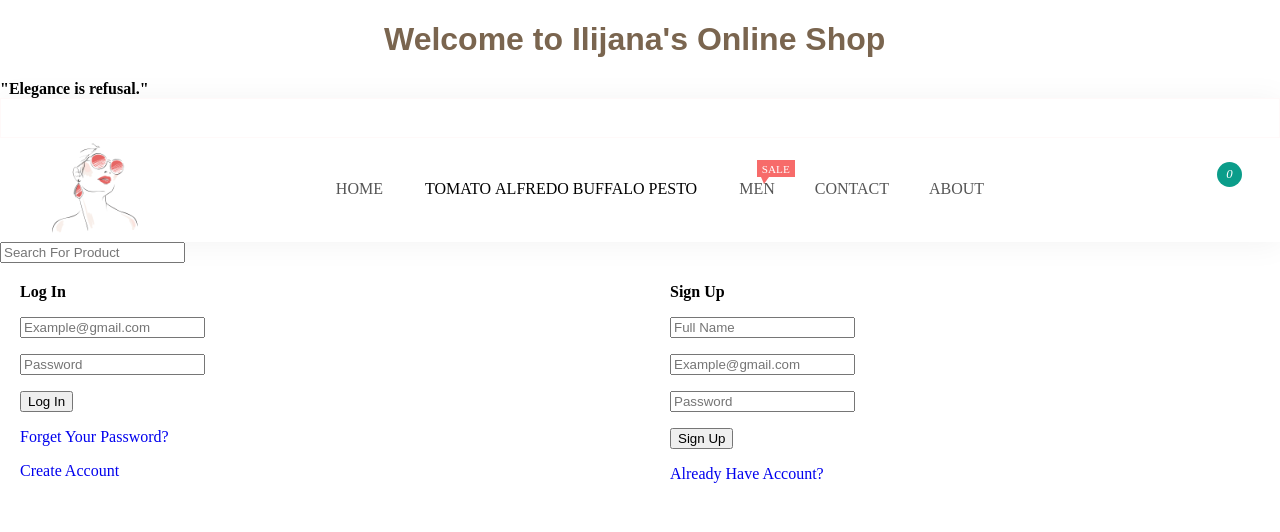
Repository: ilijana123/Proekt1
Page: html.html
These files come from the project's save history. The page is drawn as it stood at one moment and after the next save; the edit follows.
The browser window is 1280 px wide. The pictures show the part of the page from y = 0 to 532 px (the page is 4347 px tall).
Pictures or frames that could not be fetched are drawn as grey boxes. A picture or video elsewhere on the page could not be fetched, so the positions and the page height are approximate. The page's requests for data from a server got no answer.

Above is the page before, as saved 2023-11-13 15:11:28.
Console error: TypeError: Cannot read properties of null (reading 'appendChild')

### html.html
<!DOCTYPE html>
<html>
    <head>

    <meta charset="utf-8">
    <title>Online shop</title>
    <link rel="stylesheet" type="text/css" href="1.css">
    <script src="script.js"></script>

    </head>

    <body>
    <header>
       <h1>Welcome to Ilijana's Online Shop</h1>
       <blackguote>
       <Strong> "Elegance is refusal." </Strong>
    </blackguote>
    </header>

    <nav>
 <div class="social-call">
     <div class="social">
         <a href="#"><i class="fab fa-facebook-f"></i></a>
         <a href="#"><i class="fab fa-twitter"></i></a>
         <a href="#"><i class="fab fa-youtube"></i></a>
         <a href="#"><i class="fab fa-instagram"></i></a>
     </div>
 </div>
 <div class="navigation">
     <a href="#" class="logo"><img src="logo.png"></a>
     <div class="toggle"></div>
     <ul class="menu">
         <li><a href="#">Home</a></li>
         <li  select name="Shop">
                <option selected>Tomato</option>
                <option>Alfredo</option>
                <option>Buffalo</option>
                <option>Pesto</option>
            </select>
         <li><a href="#">Men</a>
             <span class="sale-lable">Sale</span>
         </li>
         <li><a href="#">Contact</a></li>
         <li><a href="#">About</a></li>
     </ul>
     <div class="right-menu">
         <a href="javascript:void(0);" class="search">
             <i class="fas fa-search"></i>
         </a>
         <a href="javascript:void(0);" class="user">
             <i class="far fa-user"></i>
         </a>
         <a href="#">
             <i class="fas fa-shopping-cart">
                 <span class="num-cart-product">0</span>
             </i>
         </a>
     </div>
     </div>
 </nav>
 <div class="search-bar">
    <div class="search-input">
    <input type="text" placeholder="Search For Product" name="search" />
    <a href="javascript:void(0);" class="search-cancel">
        <i class="fas fa-times"></i>
    </a>
</div>
</div>
 <div class="form">
    <div class="login-form">
        <a href="javascript:void(0);" class="form-cancel">
            <i class="fas fa-times"></i>
        </a>
        <strong>Log In</strong>
        <form>
            <p><input type="email" name="email" placeholder="Example@gmail.com" required/></p>
            <p><input type="password" name="password" placeholder="Password" required/></p>
            <p><input type="submit" value="Log In"/></p>
        </form>
        <div class="form-btns">
            <p><a href="#" class="forget">Forget Your Password?</a></p>
            <p><a href="javascript:void(0);" class="sign-up-btn">Create Account</a></p>
        </div>
    </div>
        <div class="sign-up-form">
        <a href="javascript:void(0);" class="form-cancel">
            <i class="fas fa-times"></i>
        </a>
            <strong>Sign Up</strong>
            <form>
                <p><input type="text" name="fullname" placeholder="Full Name" required/></p>
                <p><input type="email" name="email" placeholder="Example@gmail.com" required/></p>
                <p><input type="password" name="password" placeholder="Password" required/></p>
                <p><input type="submit" value="Sign Up"/></p>
            </form>
            <div class="form-btns">
                <a href="javascript:void(0);" class="already-account">
                    Already Have Account?</a>

            </div>
        </div>
</div>
<ul id="adaptive" class="cs-hidden">
    <li class="item-a">
<div class="full-slider-box f-slide-1">

    <div class="f-slider-text-container">
    <div class="f-slider-text">
        <span>Limited Offer</span>
        <strong>30% Off<br/> With <font>Promo Code</font></strong>
        <a href="#" class="f-slider-btn">Shop Now</a>
    </div>
    </div>

</div>
</li>
    <li class="item-b">
<div class="full-slider-box f-slide-2">

    <div class="f-slider-text-container">
    <div class="f-slider-text">
        <span>Limited Offer</span>
        <strong>30% Off<br/> With <font>Promo Code</font></strong>
        <a href="#" class="f-slider-btn">Shop Now</a>
    </div>
    </div>

</div>
</li>
     <li class="item-c">
<div class="full-slider-box f-slide-3">

    <div class="f-slider-text-container">
    <div class="f-slider-text">
        <span>Limited Offer</span>
        <strong>30% Off<br/> With <font>Promo Code</font></strong>
        <a href="#" class="f-slider-btn">Shop Now</a>
    </div>
    </div>

</div>
</li>

</ul>
        <ul id="autoWidth" class="container" class="cs-hidden">
            <li class="item">
                <div class="feature-box">
                    <a href="#">
                        <img src="images/feature_1.jpg">
                    </a>
                </div>
                <span>T-Shirts</span>
            </li>
            <li class="item">
                <div class="feature-box">
                    <a href="#">
                        <img src="images/feature_2.jpg">
                    </a>
                </div>
                <span>Men T-Shirts</span>
            </li>
            <li class="item">
                <div class="feature-box">
                    <a href="#">
                        <img src="images/feature_3.jpg">
                    </a>
                </div>
                <span>Kids T-Shirts</span>
            </li>
            <li class="item">
                <div class="feature-box">
                    <a href="#">
                        <img src="images/feature_4.jpg">
                    </a>
                </div>
                <span>Pillow</span>
            </li>
            <li class="item">
                <div class="feature-box">
                    <a href="#">
                        <img src="images/feature_5.jpg">
                    </a>
                </div>
                <span>Phone Cover</span>
            </li>
            <li class="item">
                <div class="feature-box">
                    <a href="#">
                        <img src="images/feature_6.jpg">
                    </a>
                </div>
                <span>Shopping Bags</span>
            </li>

          </ul>
   <section class="new-arrival">
    <div class="arrival-heading">
        <strong>New Arrival</strong>
        <p>We Provide You New Fasion Design Clothes</p>
    </div>
      <div class="product-container">
          <div class="product-box">
              <div class="product-img">
                  <a href="#" class="add-cart">
                      <i class="fas fa-shopping-cart"></i>
                    </a>
                <img src="images/p-1.png">
              </div>
              <div class="product-details">
                  <a href="#" class="p-name">Drawstring T-Shirt</a>
                  <span class="p-price">$22.00</span>
              </div>
          </div>
            <div class="product-box">
                <div class="product-img">
                  <a href="#" class="add-cart"><i class="fas fa-shopping-cart"></i></a>
                  <img src="images/p-2.png">
                </div>
                <div class="product-details">
                    <a href="#" class="p-name">Drawstring T-Shirt</a>
                    <span class="p-price">$22.00</span>
                </div>
            </div>
          <div class="product-box">
            <div class="product-img">
                <a href="#" class="add-cart"><i class="fas fa-shopping-cart"></i></a>
              <img src="images/p-3.png">
            </div>
            <div class="product-details">
                <a href="#" class="p-name">Drawstring T-Shirt</a>
                <span class="p-price">$22.00</span>
            </div>
        </div>
          <div class="product-box">
            <div class="product-img">
                <a href="#" class="add-cart"><i class="fas fa-shopping-cart"></i></a>
              <img src="images/p-4.png">
            </div>
            <div class="product-details">
                <a href="#" class="p-name">Drawstring T-Shirt</a>
                <span class="p-price">$22.00</span>
            </div>
        </div>
          <div class="product-box">
            <div class="product-img">
                <a href="#" class="add-cart"><i class="fas fa-shopping-cart"></i></a>
              <img src="images/p-5.png">
            </div>
            <div class="product-details">
                <a href="#" class="p-name">Drawstring T-Shirt</a>
                <span class="p-price">$22.00</span>
            </div>
        </div>
          <div class="product-box">
            <div class="product-img">
                <a href="#" class="add-cart"><i class="fas fa-shopping-cart"></i></a>
              <img src="images/p-6.png">
            </div>
            <div class="product-details">
                <a href="#" class="p-name">Drawstring T-Shirt</a>
                <span class="p-price">$22.00</span>
            </div>
        </div>
          <div class="product-box">
            <div class="product-img">
                <a href="#" class="add-cart"><i class="fas fa-shopping-cart"></i></a>
              <img src="images/p-7.png">
            </div>
            <div class="product-details">
                <a href="#" class="p-name">Drawstring T-Shirt</a>
                <span class="p-price">$22.00</span>
            </div>
        </div>
          <div class="product-box">
            <div class="product-img">
                <a href="#" class="add-cart">
                    <i class="fas fa-shopping-cart"></i>
                </a>
              <img src="images/p-8.png">
            </div>
            <div class="product-details">
                <a href="#" class="p-name">Drawstring T-Shirt</a>
                <span class="p-price">$22.00</span>
            </div>
        </div>
      </div>
  </section>
 <section class="sale">
    <div class="sale-box sale-1">
        <img src="images/sale-1.jpg">

        <a href="#">
        <div class="sale-text">
          <strong>Bag with rose pattern</strong>
          <span>Sale off 25%</span>
        </div></a>

      </div>
    <div class="sale-box sale-1">
      <img src="images/sale-2.jpg">

      <a href="#"><div class="sale-text">
        <strong>Hello Summer</strong>
        <span>Sale off 20%</span>
      </div></a>

    </div>
     <div class="sale-box sale-1">
      <img src="images/sale-3.jpg">

      <a href="#">
      <div class="sale-text">
        <strong>Let's Party Hard Pillow</strong>
        <span>Sale off 25%</span>
      </div></a>

    </div>

</section>
 <section class="feature-item">
    <div class="feature-heading">
    <strong>Featured Items</strong>
    <p>We Provide You New Fasion Design Clothes</p>
        </div>
      <div class="product-container">
          <div class="product-box">
              <div class="product-img">
                  <a href="#" class="add-cart"><i class="fas fa-shopping-cart"></i></a>
                <img src="images/p-1.png">
              </div>
              <div class="product-details">
                  <a href="#" class="p-name">Drawstring T-Shirt</a>
                  <span class="p-price">$22.00</span>
              </div>
          </div>
            <div class="product-box">
                <div class="product-img">
                  <a href="#" class="add-cart"><i class="fas fa-shopping-cart"></i></a>
                  <img src="images/p-2.png">
                </div>
                <div class="product-details">
                    <a href="#" class="p-name">Drawstring T-Shirt</a>
                    <span class="p-price">$22.00</span>
                </div>
            </div>
          <div class="product-box">
            <div class="product-img">
                <a href="#" class="add-cart"><i class="fas fa-shopping-cart"></i></a>
              <img src="images/p-3.png">
            </div>
            <div class="product-details">
                <a href="#" class="p-name">Drawstring T-Shirt</a>
                <span class="p-price">$22.00</span>
            </div>
        </div>
         <div class="product-box">
            <div class="product-img">
                <a href="#" class="add-cart"><i class="fas fa-shopping-cart"></i></a>
              <img src="images/p-4.png">
            </div>
            <div class="product-details">
                <a href="#" class="p-name">Drawstring T-Shirt</a>
                <span class="p-price">$22.00</span>
            </div>
        </div>

            </div>
            </section>
<div class="banner-box f-slide-3">

    <div class="banner-text-container">
    <div class="banner-text">
        <span>Limited Offer</span>
        <strong>30% Off<br/> With <font>Promo Code</font></strong>
        <a href="#" class="banner-btn">Shop Now</a>
    </div>
    </div>

</div>
    <section class="services">

        <div class="services-box">
            <i class="fas fa-shipping-fast"></i>
            <span>Free Shipping</span>
            <p>Free Shipping for all US order</p>
        </div>
        <div class="services-box">
            <i class="fas fa-headphones-alt"></i>
            <span>Support 24/7</span>
            <p>We support 24h a day</p>
        </div>
        <div class="services-box">
            <i class="fas fa-sync"></i>
            <span>100% Money Back</span>
            <p>You have 30 days to Return</p>
        </div>

    </section>
    <footer>
        <span class="copyright">
            &copy All rights for this page are reserved.
        </span>
        <div class="subscribe">
            <form>
            <input type="email" placeholder="Example@gmail.com" required/>
            <input type="submit" value="Subscribe">
            </form>
        </div>
    </footer>
    </body>
</html>

Loaded but not shown: script.js (196 lines, source omitted); 1.css (678 lines, source omitted)

After the next save:
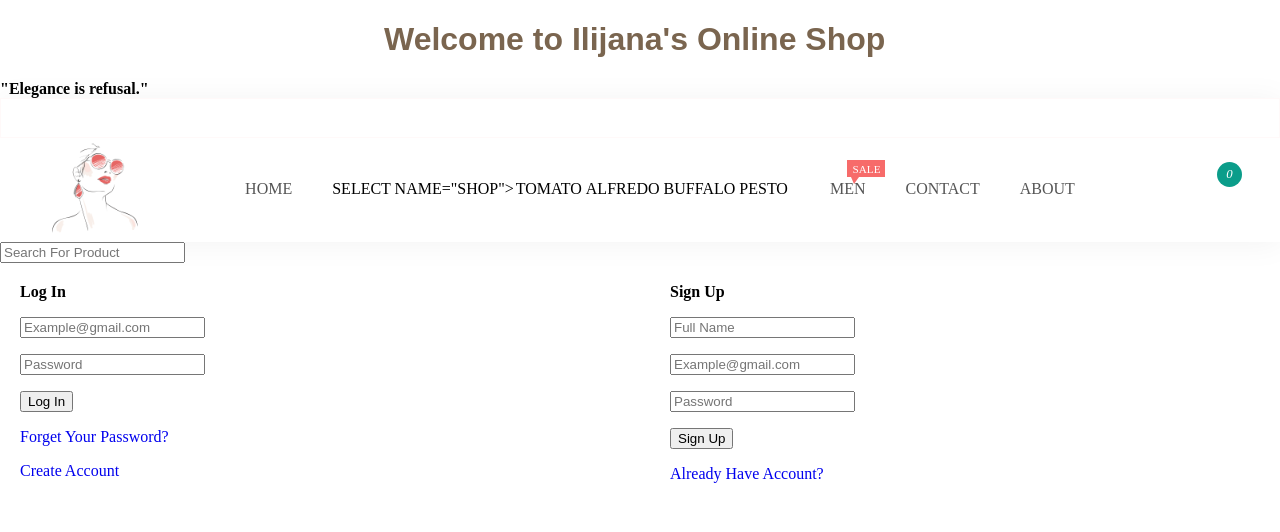
Saved 28 min 54 s later.
--- a/html.html
+++ b/html.html
@@ -31,12 +31,13 @@
      <div class="toggle"></div>
      <ul class="menu">
          <li><a href="#">Home</a></li>
-         <li  select name="Shop">
+         <li > select name="Shop">
                 <option selected>Tomato</option>
                 <option>Alfredo</option>
                 <option>Buffalo</option>
                 <option>Pesto</option>
             </select>
+        </li>
          <li><a href="#">Men</a>
              <span class="sale-lable">Sale</span>
          </li>
